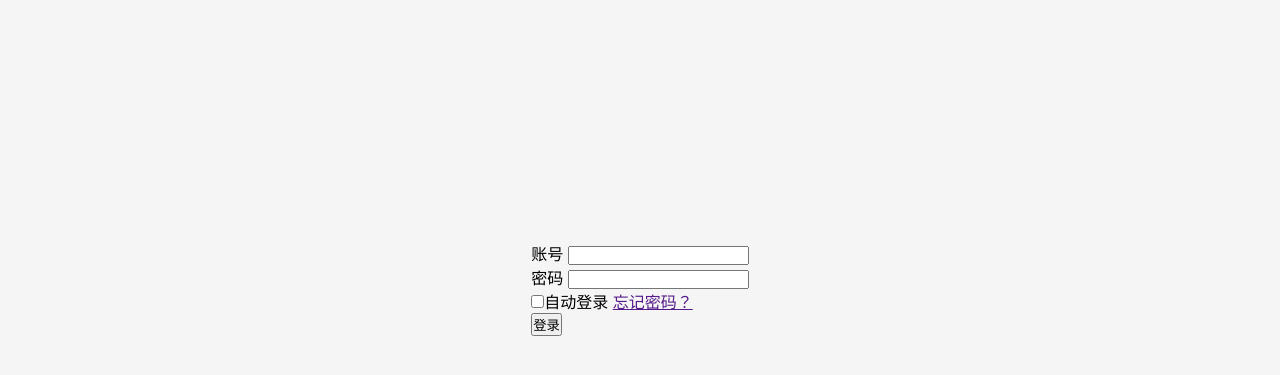
Repository: Jiege005/mytest-software-project
Page: mytest/WebContent/mod1.1.html
The author's editor kept a copy of each file at every save. The page is drawn from the files as they stood at one save, then again after the next save.
The browser window is 1280 px wide. The pictures show the whole page.

Above is the page before, as saved 2025-06-18 12:54:55.

### mytest/WebContent/mod1.1.html
<!DOCTYPE html>
<html>
	<head>
		<meta charset="UTF-8">
		<title>登录</title>
		<style type="text/css">
			* {
	            margin: 0;
	            padding: 0;
	            box-sizing: border-box;
	            font-family: 'Arial', sans-serif;
	        }
			body {
            background-color: #f5f5f5;
            display: flex;
            justify-content: center;
            align-items: center;
            min-height: 80vh;
        }
		</style>
		<style>
			a:link {color:blue;}      /* 未访问链接*/
			a:visited {}  /* 已访问链接 */
			a:hover {color:purple;}  /* 鼠标移动到链接上 */
			a:active {color:purple;}  /* 鼠标点击时 */
		</style>
	</head>
	<body>
		<form>
		  <div class="form-group">
		    <label for="InputAccount">账号</label>
		    <input type="text" class="form-control" id="InputAccount1">
		  </div>
		  <div class="form-group">
		    <label for="exampleInputPassword1">密码</label>
		    <input type="password" class="form-control" id="exampleInputPassword1">
		  </div>
		  <input type="checkbox" value="">自动登录
		  <a href="" target="_blank">忘记密码？</a>
		  <br>
		  <button type="submit" class="btn btn-default">登录</button>
		</form>
	</body>
</html>

After the next save:
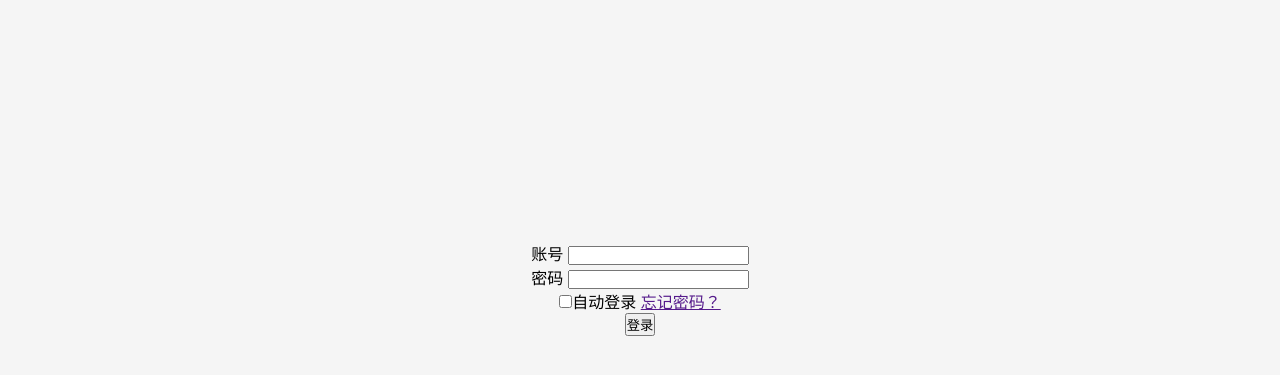
Saved 14 s later.
--- a/mytest/WebContent/mod1.1.html
+++ b/mytest/WebContent/mod1.1.html
@@ -4,6 +4,9 @@
 		<meta charset="UTF-8">
 		<title>登录</title>
 		<style type="text/css">
+			form{
+				text-align: center
+			}
 			* {
 	            margin: 0;
 	            padding: 0;
